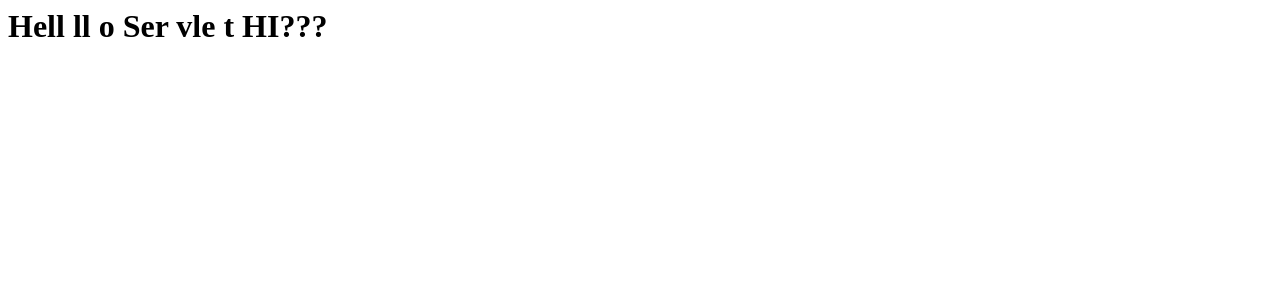
Repository: pencil-HB/SSAFY_Backend
Page: http://localhost/BackendProject/hi
The author's editor kept a copy of each file at every save. The page is drawn from the files as they stood at one save, then again after a run of saves.
The browser window is 1280 px wide. The pictures show the whole page.
The page is served by Tomcat 10.

Above is the page before, as saved 2024-09-23 04:42:30.

After the next 2 saves:
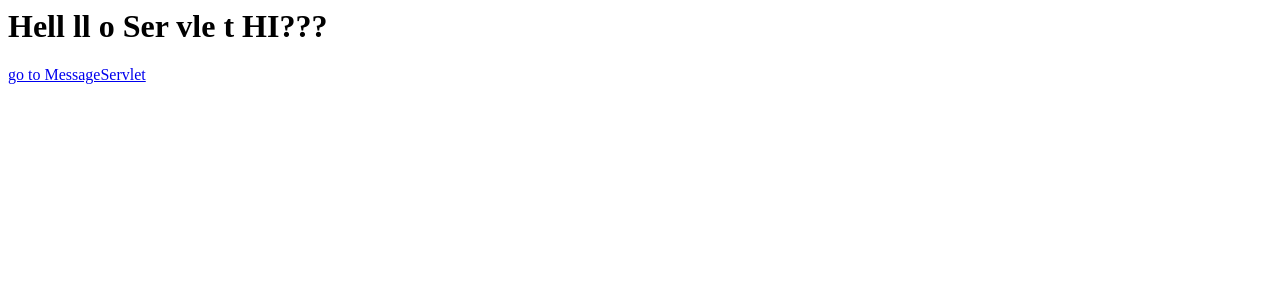
The 2 saves are shown as one change because they came seconds apart.
The last was saved 119 s later.
--- a/BackendProject/src/main/java/com/basic/HelloServlet.java
+++ b/BackendProject/src/main/java/com/basic/HelloServlet.java
@@ -25,6 +25,7 @@ public class HelloServlet extends HttpServlet {
 		// 3.스트림으로 보낼 내용 출력
 		out.println("<html><body>");
 		out.println("<h1>Hell ll o Ser   vle     t HI???</h1>");
+		out.println("<a href='messageservlet'> go to MessageServlet");
 		out.println("</html></body>");
 	}
 
